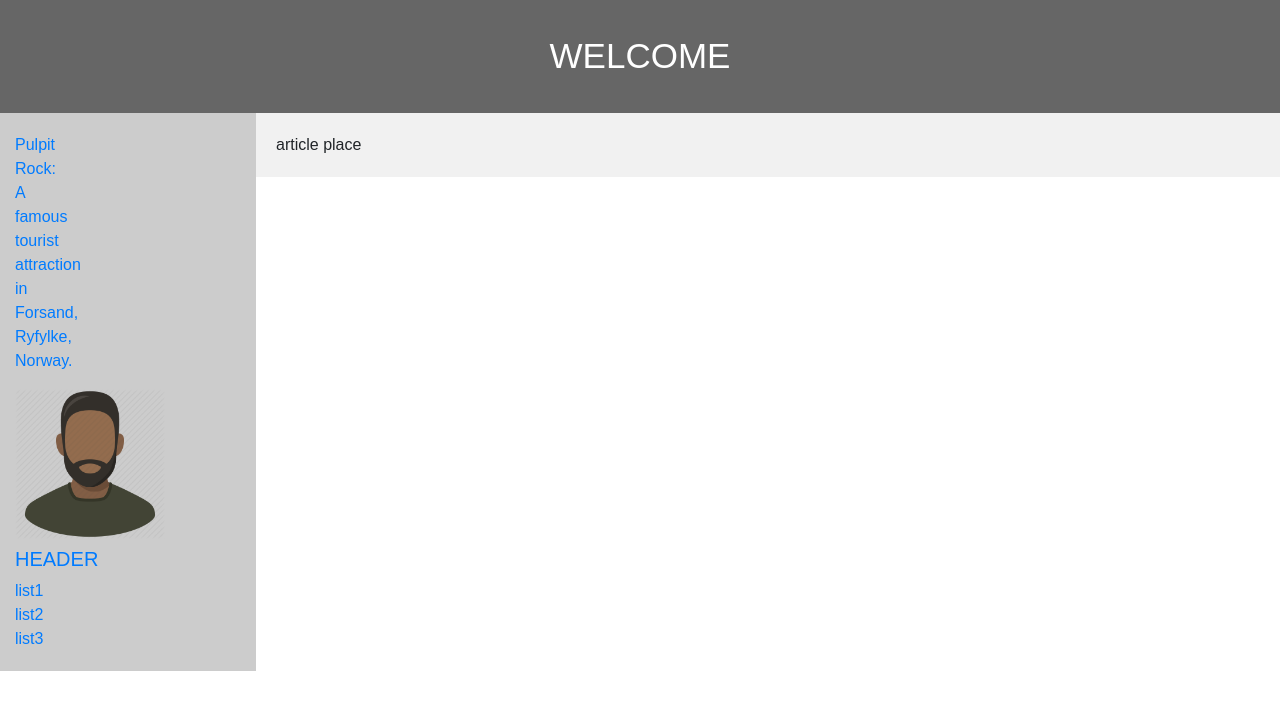
Repository: idrice24/IDRICE24-DASHBOARD
Page: html/header.html
An editor plug-in stored every save of this project. The page is shown before and after the next save, followed by the edit.
The browser window is 1280 px wide. The pictures show the whole page.

Above is the page before, as saved 2020-09-03 23:37:13.

### html/header.html
<!DOCTYPE html>
<html lang="en">

<head>
    <meta charset="UTF-8">
    <meta name="viewport" content="width=device-width, initial-scale=1.0">
    <meta http-equiv="X-UA-Compatible" content="ie=edge">
    <title>Document</title>
    <link rel="stylesheet" href="../vendor/bootstrap-4.1/bootstrap.min.css">
    <link rel="stylesheet" href="../vendor/font-awesome-4.7/css/font-awesome.min.css">
    <link rel="stylesheet" href="../vendor/idrice24folder/idrice24.css">
</head>

<body>
    <header>WELCOME</header>
    <section>
        <nav class="nav nav-pills nav-stacked">
            <div class="container-fluid">
                <div class="row">
                    <div class="col-md-4">
                        <a href="../imgs/login2.PNG" class="thumbnail">
                            <p>Pulpit Rock: A famous tourist attraction in Forsand, Ryfylke, Norway.</p>
                            <img src="../imgs/login2.PNG" alt="Pulpit Rock" style="width:150px;height:150px">
                        </a>
                    </div>
                </div>
                <div class="navbar-header">
                    <a class="navbar-brand" href="#">HEADER</a>
                </div>

                <ul class="nav navbar-nav">
                    <li class="active"><a href="#">list1</a></li>
                    <li><a href="#">list2</a></li>
                    <li><a href="#">list3</a></li>
                </ul>
        </nav>








        <article>article place</article>
    </section>

</body>

</html>

### vendor/idrice24folder/idrice24.css
                                * {
                                box-sizing: border-box;
                            }

                            body {
                                font-family: Arial, Helvetica, sans-serif;
                            }

                            h1,
                            h2,
                            h3 {
                                background-color: blueviolet;
                            }

                            header {
                                background-color: #666;
                                padding: 30px;
                                text-align: center;
                                font-size: 35px;
                                color: white;
                            }
                            /* Clear floats after the columns */

                            section:after {
                                content: "";
                                display: table;
                                clear: both;
                            }

                            article {
                                float: left;
                                padding: 20px;
                                width: 80%;
                                background-color: #f1f1f1;
                                height: 100%;
                                /* only for demonstration, should be removed */
                            }
                            /* Create two columns/boxes that floats next to each other */

                            nav {
                                float: left;
                                width: 20%;
                                height: auto;
                                background: #ccc;
                                padding: 20px;
                            }
                            /* Style the footer */

                            footer {
                                background-color: #777;
                                padding: 10px;
                                text-align: center;
                                color: white;
                            }
                            /* Responsive layout - makes the two columns/boxes stack on top of each other instead of next to each other, on small screens */

                            @media (max-width: 600px) {
                                nav,
                                article {
                                    width: 100%;
                                    height: auto;
                                }

Loaded but not shown: vendor/bootstrap-4.1/bootstrap.min.css (library); vendor/font-awesome-4.7/css/font-awesome.min.css (library)

After the next save:
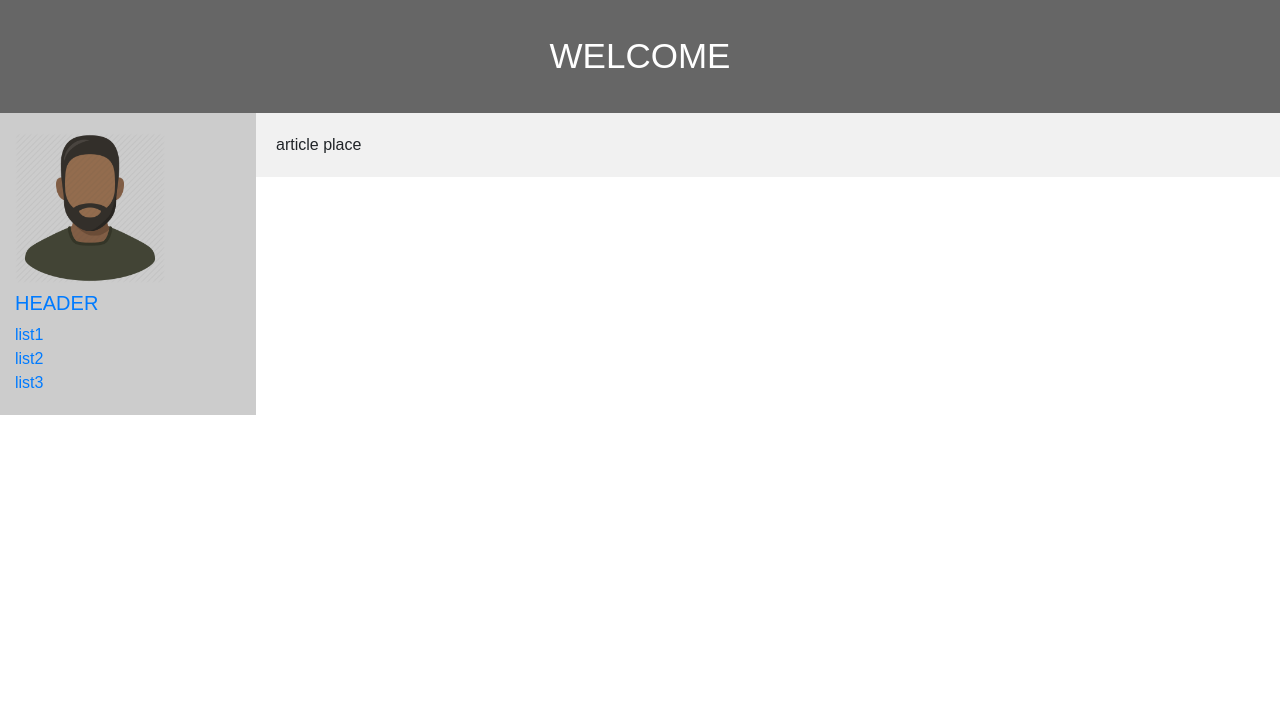
Saved 14 s later.
--- a/html/header.html
+++ b/html/header.html
@@ -19,7 +19,6 @@
                 <div class="row">
                     <div class="col-md-4">
                         <a href="../imgs/login2.PNG" class="thumbnail">
-                            <p>Pulpit Rock: A famous tourist attraction in Forsand, Ryfylke, Norway.</p>
                             <img src="../imgs/login2.PNG" alt="Pulpit Rock" style="width:150px;height:150px">
                         </a>
                     </div>
